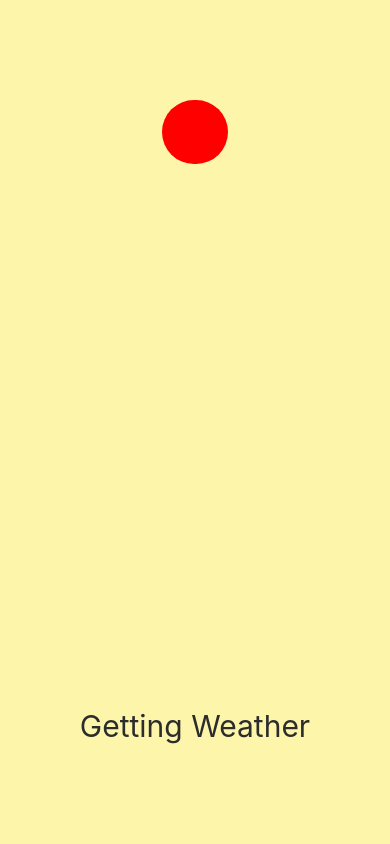
Repository: Exchallenger/Weather-app
Screen: /
These files come from the project's save history. The screen is drawn as it stood at one moment and after the next save; the edit follows.
The app was drawn by React Native's web renderer in a window 390 px wide. The project was rebuilt for these pictures with package versions that can differ from the ones it lists, and the page was loaded fresh each time. Also part of the build but not shown: weather.js.

Above is the screen before, as saved 2021-01-15 15:20:57.

After the next save:
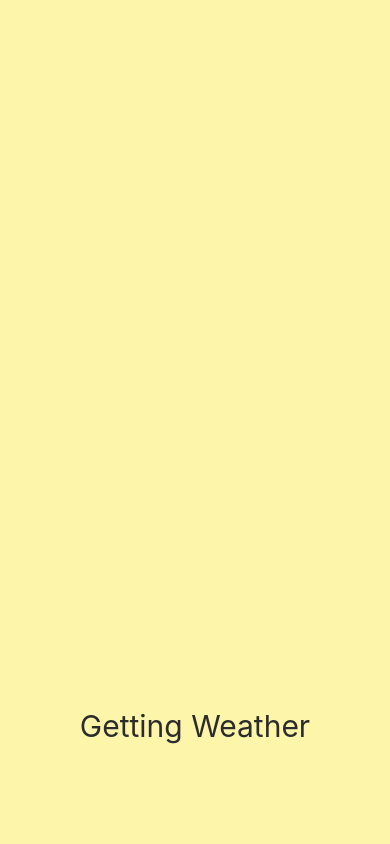
Saved 27 s later.
--- a/loading.js
+++ b/loading.js
@@ -28,9 +28,7 @@ const styles = StyleSheet.create({
         fontSize:30,
     },
     load:{
-        flex:1,
-        justifyContent:"center",
-        alignItems:"center",
+        position:"absolute",
         width:66,
         backgroundColor:'red',
         borderRadius:50,
